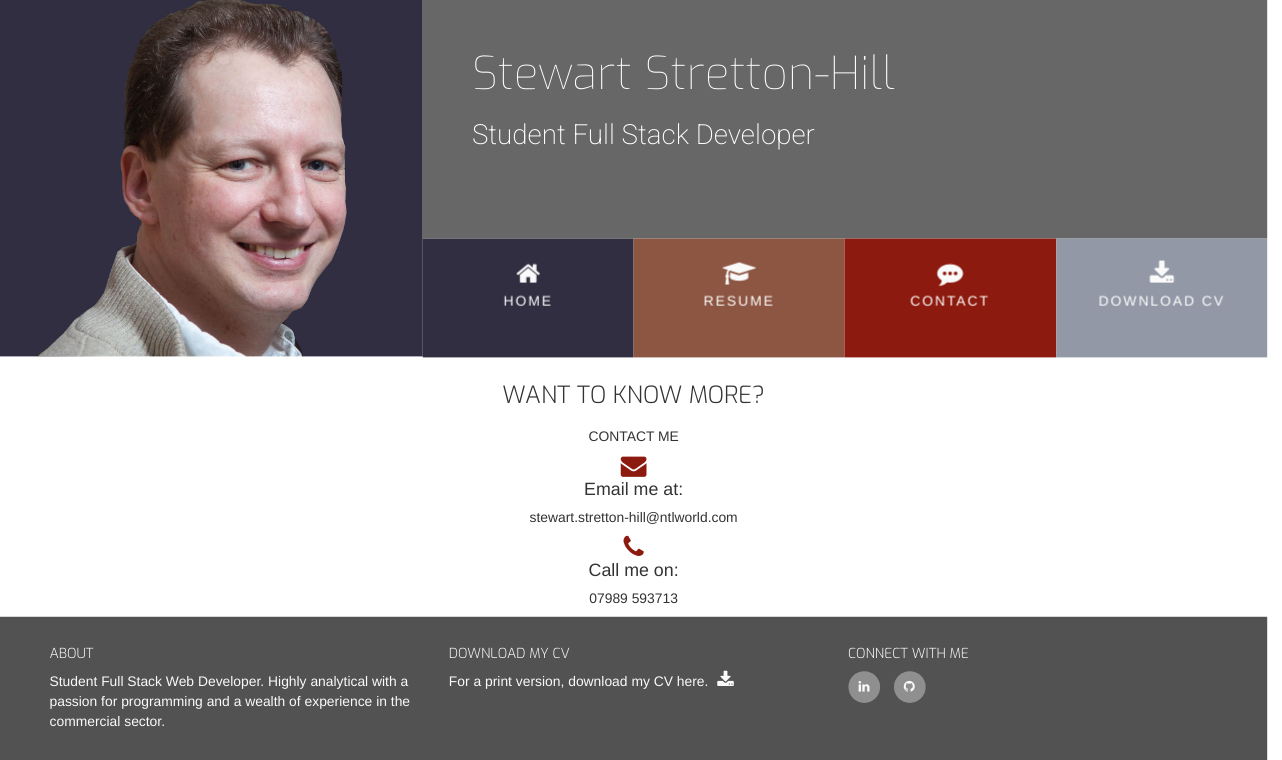
Repository: Shilldon/CV
Page: contact.html
The author's editor kept a record of every edit. The page is drawn from the files as they stood at one moment, then again after the next edit.
The browser window is 1280 px wide. The page is 1295 px wide, then 1280 px, so the pictures cover 1295 px, including what lies to the right of the window. The pictures show the whole page, at 99% of full size.

Above is the page before.

After the next edit:
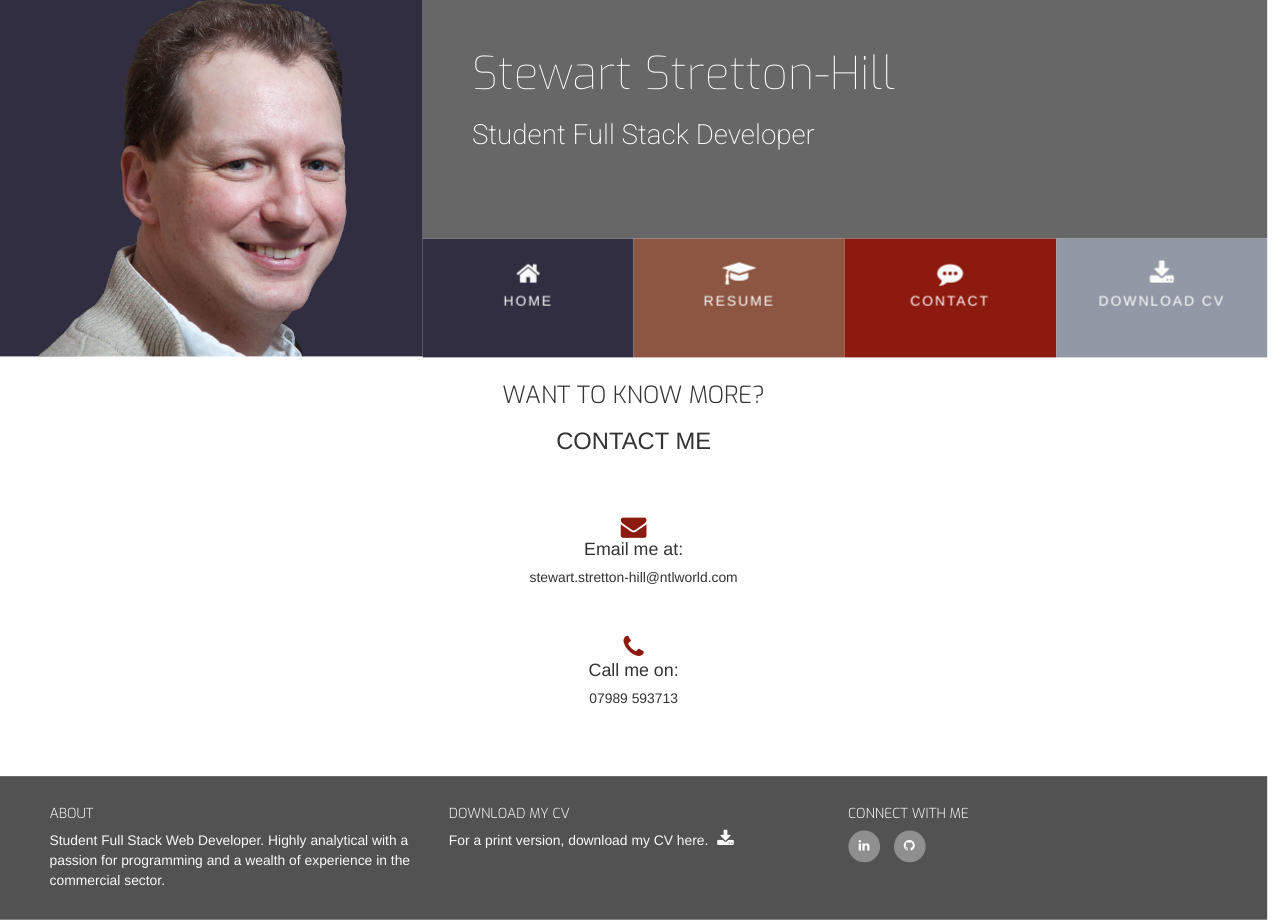
The edit:
--- a/contact.html
+++ b/contact.html
@@ -47,8 +47,9 @@
         <div class="row bg-color-contact">
             <div>
                 <h3 class="contact-heading uppercase text-center">Want to know more?</h3>
-                <h5 class="uppercase text-center">Contact me</h5>
+                <h3 class="uppercase text-center">Contact me</h3>
             </div>
+            <div class="contact-details">
             <div class="row">
                 <div class="col-xs-10 col-xs-offset-1 text-center">
                     <i class="three-reasons-icon fa fa-envelope" aria-hidden="true"></i>
